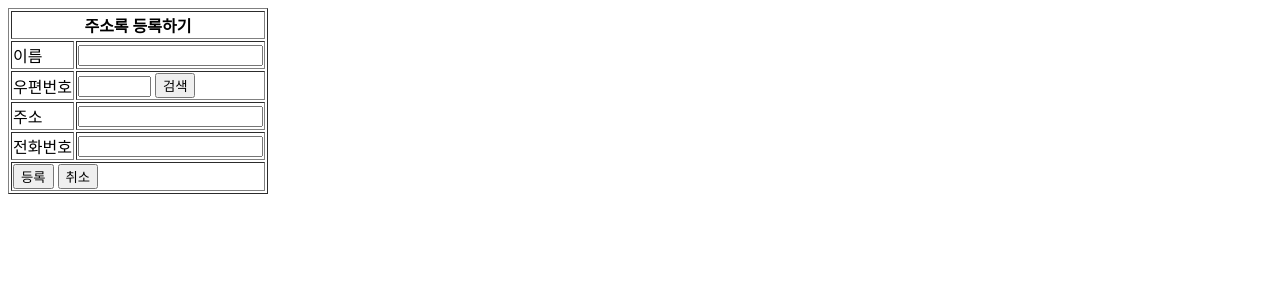
Repository: BosuMamemon/JSP_work
Page: http://localhost/JSP_Project/address/02-28 insert.jsp
The author's editor kept a copy of each file at every save. The page is drawn from the files as they stood at one save, then again after the next save.
The browser window is 1280 px wide. The pictures show the whole page.
The page is served by Tomcat 9.

Above is the page before, as saved 2025-02-28 01:14:37.

After the next save:
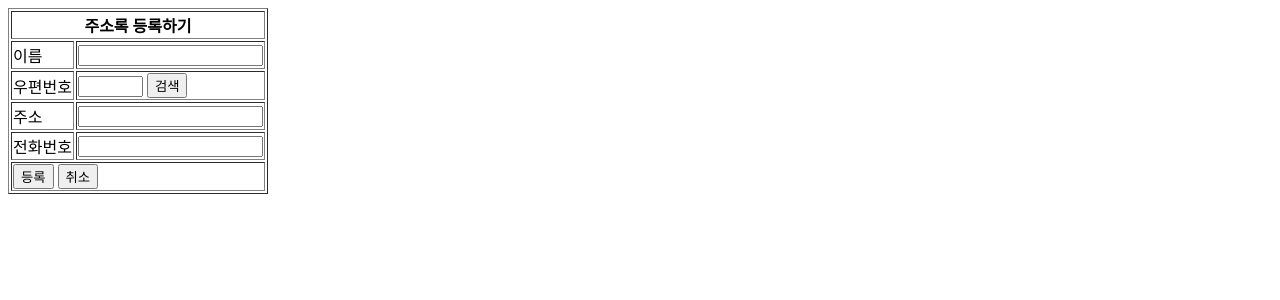
Saved 1 s later.
--- a/workspace/JSP_Project/src/main/webapp/address/02-28 insert.jsp
+++ b/workspace/JSP_Project/src/main/webapp/address/02-28 insert.jsp
@@ -20,7 +20,7 @@
 				<tr>
 					<td>우편번호</td>
 					<td>
-						<input type="text" name="zipCode" id="zipCode" size=6>
+						<input type="text" name="zipCode" id="zipCode" size=5>
 						<button type="button" id="zipCodeButton">검색</button>
 					</td>
 				</tr>
